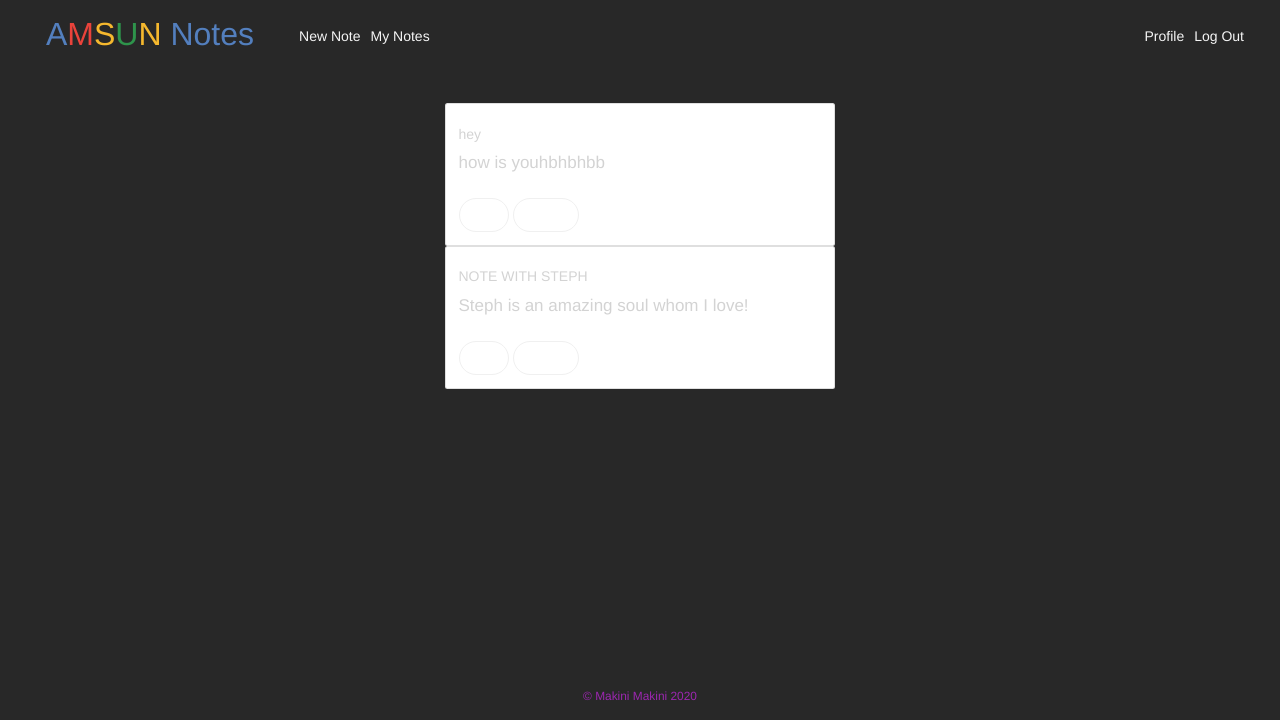
Repository: MakiniMakini/AMSUN-NOTES
Page: http://localhost/my_notes
The author's editor kept a copy of each file at every save. The page is drawn from the files as they stood at one save, then again after the next save.
The browser window is 1280 px wide. The pictures show the whole page.
Some web fonts or font styles are not loaded; a fallback is used. The page is served by the project's application, run on Flask 3 (application.py). The session is filled in as if someone had signed in: {"user_id": 1}. The page reads the database file committed with the project.

Above is the page before, as saved 2020-12-25 12:50:35.

After the next save:
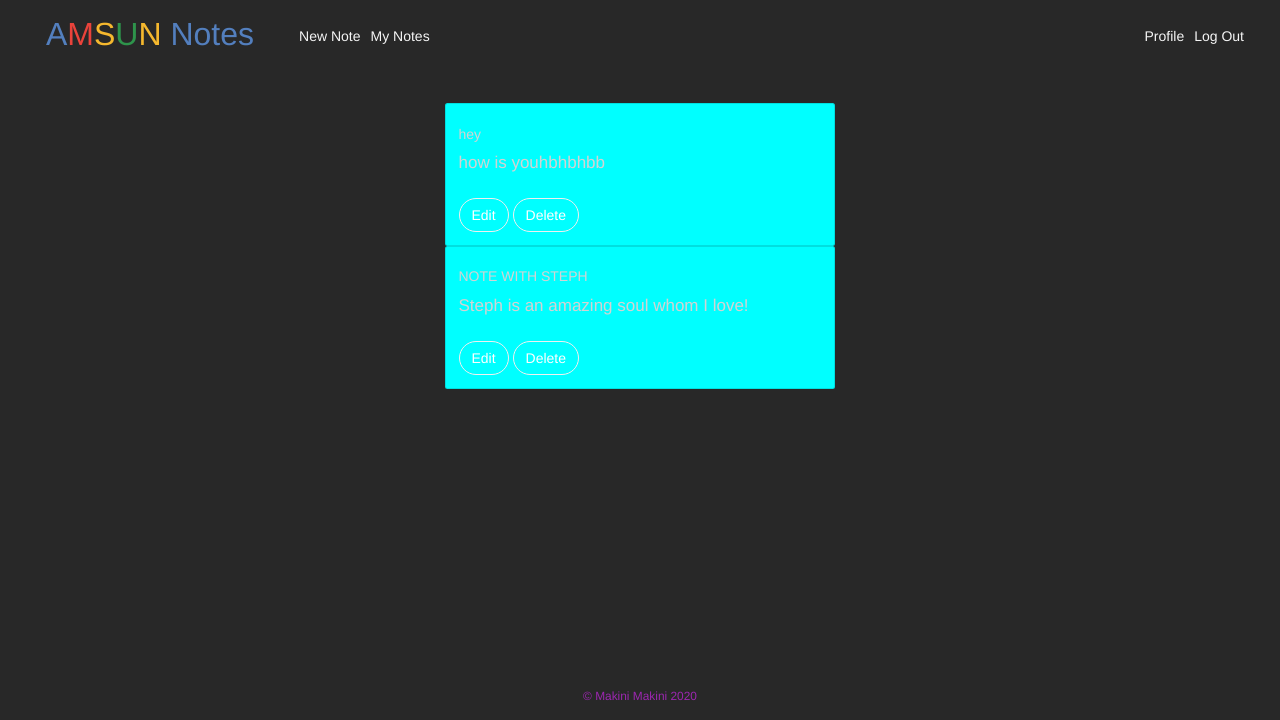
Saved 60 s later.
--- a/templates/my_notes.html
+++ b/templates/my_notes.html
@@ -9,7 +9,7 @@
 <div class="my_notes">
   {% for note in notes %}
 
-    <div class="card" style="width: 39rem;">
+    <div class="card" style="width: 39rem; background-color: aqua;">
       <div class="card-body">
 
         <h5 class="card-title">{{note[1]}}</h5>
